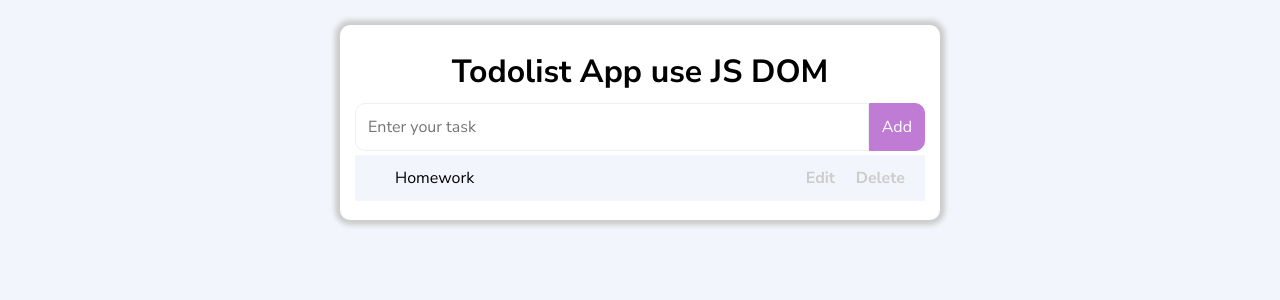
Repository: anhquan74-dev/todolist_app
Page: index.html
The author's editor kept a copy of each file at every save. The page is drawn from the files as they stood at one save, then again after the next save.
The browser window is 1280 px wide. The pictures show the whole page.
Some web libraries are served in a nearby version.

Above is the page before, as saved 2022-07-21 16:30:31.

### index.html
<!DOCTYPE html>
<html lang="en">
  <head>
    <meta charset="UTF-8" />
    <meta http-equiv="X-UA-Compatible" content="IE=edge" />
    <meta name="viewport" content="width=device-width, initial-scale=1.0" />
    <title>TodoList Web Application</title>
    <link rel="stylesheet" href="style.css" />
    <link
      rel="stylesheet"
      href="https://cdnjs.cloudflare.com/ajax/libs/font-awesome/6.1.1/css/all.min.css"
      integrity="sha512-KfkfwYDsLkIlwQp6LFnl8zNdLGxu9YAA1QvwINks4PhcElQSvqcyVLLD9aMhXd13uQjoXtEKNosOWaZqXgel0g=="
      crossorigin="anonymous"
      referrerpolicy="no-referrer"
    />
  </head>
  <body>
    <div class="todo-app">
      <h1>Todolist App use JS DOM</h1>
      <div class="form-control">
        <input id="input-text" type="text" placeholder="Enter your task" />
        <button class="add-btn">Add</button>
      </div>
      <ul id="list-item">
        <li class="item">
          Homework
          <a class="edit-btn">Edit</a>
          <a class="delete-btn">Delete</a>
        </li>
      </ul>
    </div>
    <script src="main.js"></script>
  </body>
</html>

### style.css
@import url('https://fonts.googleapis.com/css2?family=Nunito+Sans:ital,wght@0,300;0,400;0,600;0,700;0,800;0,900;1,300;1,400;1,600;1,700;1,800;1,900&display=swap');

*, *::after, *::before {
    margin: 0;
    padding: 0;
    box-sizing: border-box;
}
button, input,
body {
    font-family: 'Nunito Sans', sans-serif;
    background-color: #f3f5fc;
}

input {
    background-color: white;
}

.todo-app {
    background-color: white;
    max-width: 600px;
    margin: 25px auto;
    border-radius: 10px;
    padding: 15px;
    box-shadow: 0px 0px 5px 5px #ccc;
}

h1 {
    text-align: center;
    margin: 10px;
}

.form-control {
    display: flex;
    align-items: center;
}

#input-text {
    font-size: 16px;
    padding: 12px;
    width: 100%;
    outline: none;
    border: 1px solid #eee;
    border-radius: 10px 0px 0px 10px;
}

.add-btn {
    font-size: 16px;
    padding: 12px;
    outline: none;
    border: 1px solid #c07cd4;
    border-radius: 0px 10px 10px 0px;
    cursor: pointer;
    background-color: #c07cd4;
    color: white;
}

.add-btn:hover {
    background-color: #a13bc0;
    border: 1px solid #a13bc0;
}

.list-item {
    list-style-type:none;
    margin-top: 20px;
}

.item {
    padding: 12px 12px 12px 40px;
    background-color: #f3f5fc;
    margin:4px 0;
    position: relative;
    overflow: hidden;
    cursor: pointer;
}

.edit-btn,.delete-btn{
    font-weight: 700;
    color: #ccc;
}

.edit-btn {
    position: absolute;
    top: 50%;
    transform: translateY(-50%);
    right: 90px;
}

.delete-btn {
    position: absolute;
    top: 50%;
    transform: translateY(-50%);
    right: 20px;
}

.item:hover  span{
    opacity: 1;
    transform: translateX(-100%);
}

.item span:hover {
    background-color: rgba(216, 29, 29, 0.795);
}

li.checked {
    background-color: #d2d9f0;
    text-decoration: line-through;
}

ul li.checked::before {
    content: '';
    position: absolute;
    border-color: black;
    border-style: solid;
    border-width: 0 2px 2px 0;
    top: 12px;
    left: 20px;
    transform: rotate(45deg);
    height: 15px;
    width: 7px;
  }

### main.js
var list = document.querySelector("ul");
list.addEventListener("click", function (ev) {
  if (ev.target.nodeName === "LI") {
    ev.target.classList.toggle("checked");
  }
});

var close = document.getElementsByClassName("close-btn");
var i;
for (i = 0; i < close.length; i++) {
  close[i].onclick = function () {
    var div = this.parentElement;
    div.style.display = "none";
  };
}
//
function newElement() {
  var li = document.createElement("li");
  var inputValue = document.getElementById("input-text").value;
  var t = document.createTextNode(inputValue);
  li.appendChild(t);
  li.className = "item";
  if (inputValue === "") {
    alert("You must write something!");
  } else {
    document.getElementById("list-item").appendChild(li);
  }
  document.getElementById("input-text").value = "";

  var span = document.createElement("SPAN");
  span.className = "close-btn";
  span.innerHTML = '<i class="fa-solid fa-trash-can">';
  li.appendChild(span);

  for (i = 0; i < close.length; i++) {
    close[i].onclick = function () {
      var div = this.parentElement;
      div.style.display = "none";
    };
  }
}

After the next save:
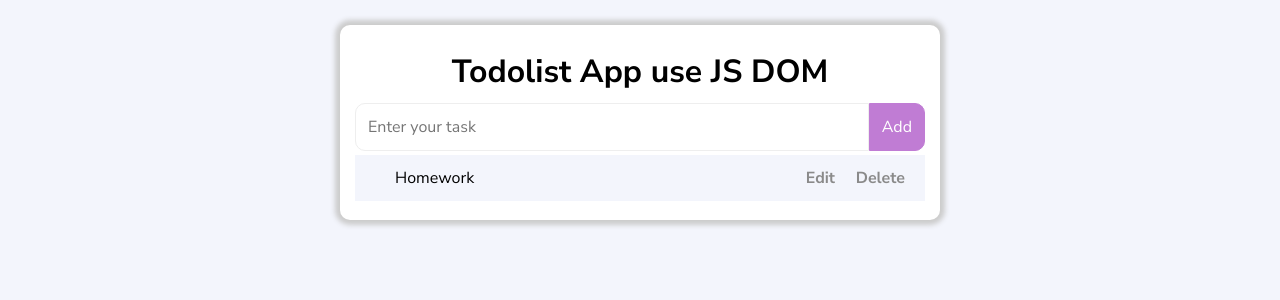
Saved 6 s later.
--- a/style.css
+++ b/style.css
@@ -75,7 +75,7 @@ h1 {
 
 .edit-btn,.delete-btn{
     font-weight: 700;
-    color: #ccc;
+    color: rgb(138, 138, 138);
 }
 
 .edit-btn {
